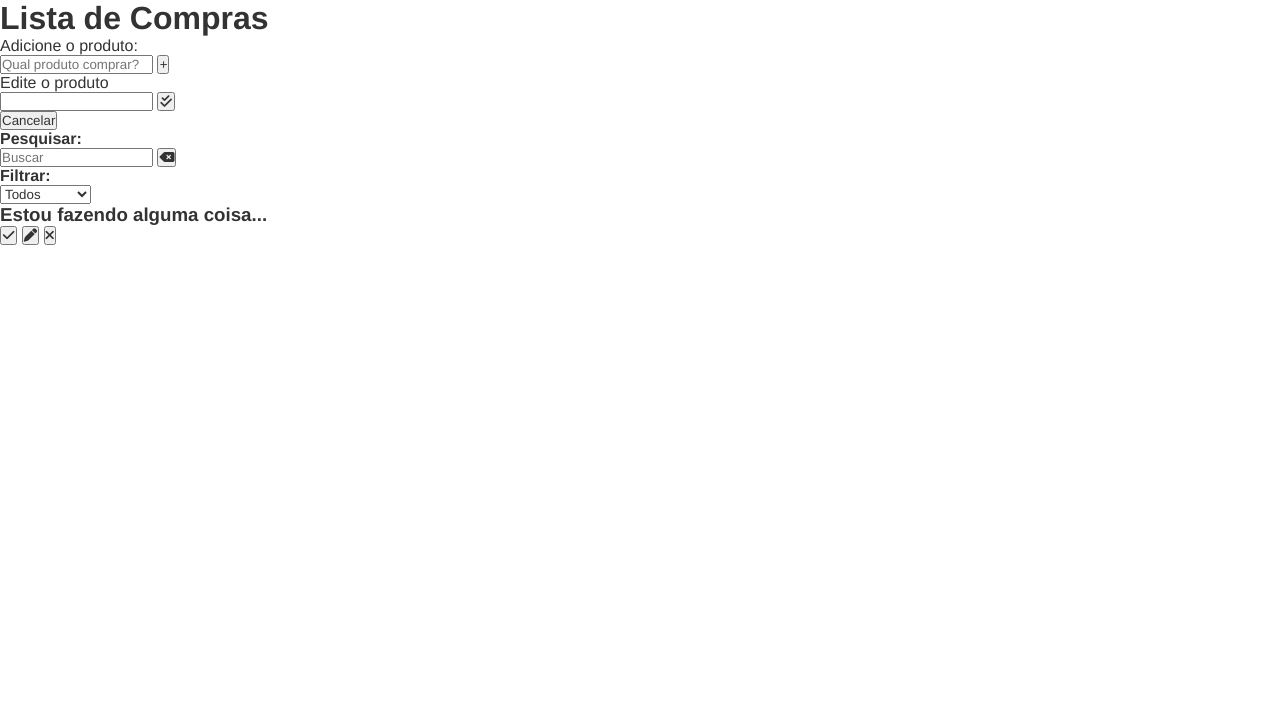
Repository: Dkrvalho/mercado
Page: index.html
The author's editor kept a copy of each file at every save. The page is drawn from the files as they stood at one save, then again after a run of saves.
The browser window is 1280 px wide. The pictures show the whole page.

Above is the page before, as saved 2023-01-09 12:37:52.

After the next 8 saves:
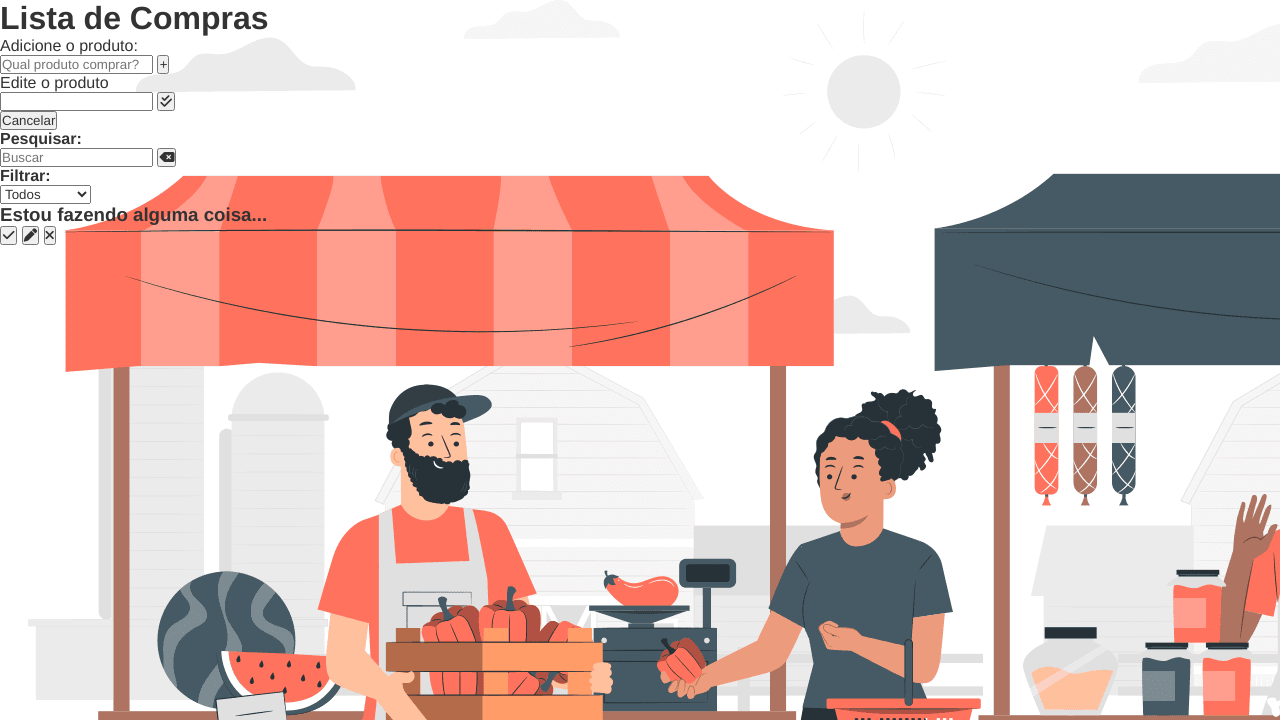
The 8 saves are shown as one change because they came seconds apart.
The last was saved 23 s later.
--- a/css/style.css
+++ b/css/style.css
@@ -8,5 +8,6 @@
 }
 
 body {
-    background-image: ;
+    background-image: url("../img/fundo.png");
+    background-position: ;
 }
